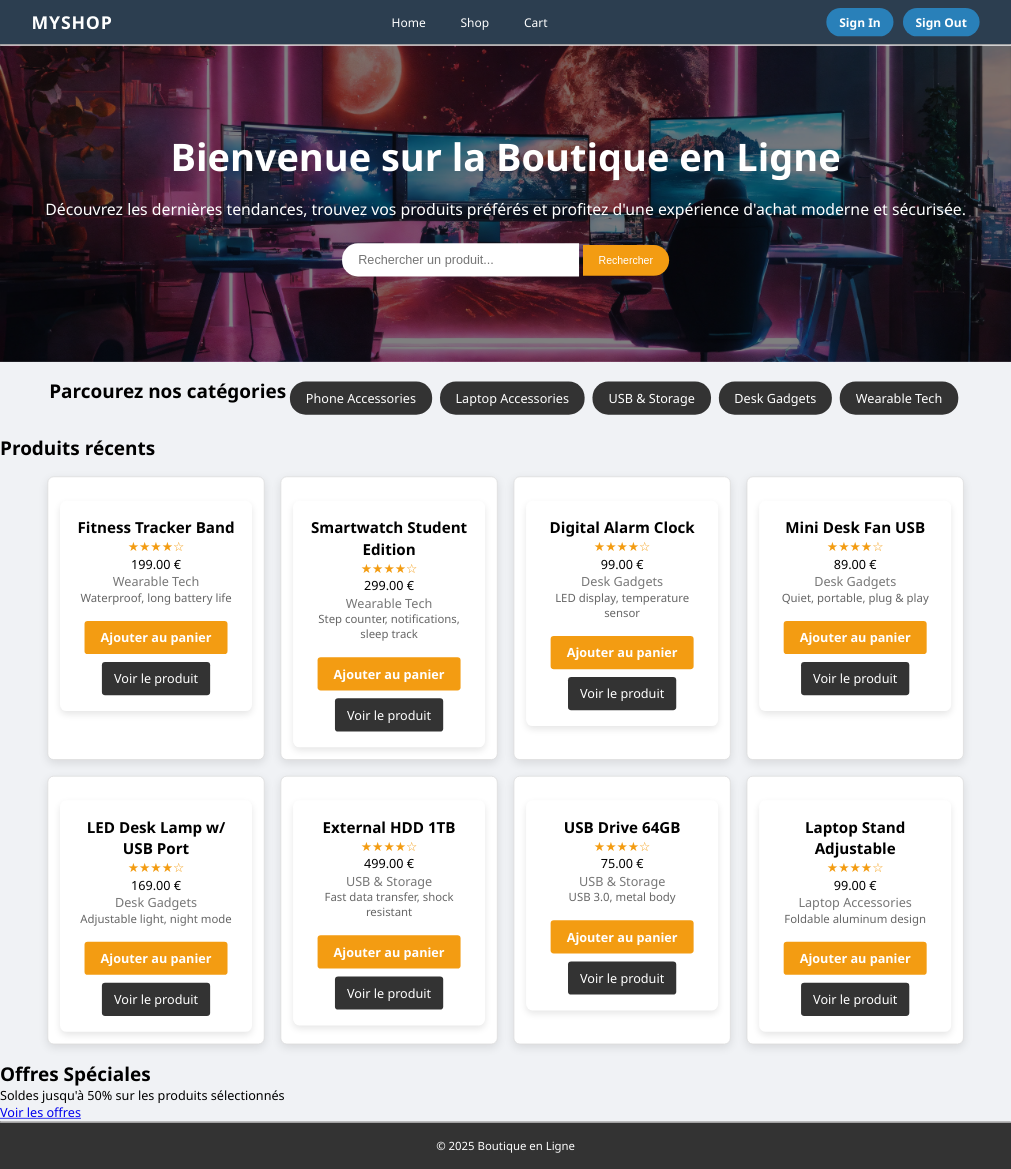
Repository: kiraj-walid/ecomerce
Page: http://localhost/
These files come from the project's save history. The page is drawn as it stood at one moment and after the next save; the edit follows.
The browser window is 1280 px wide. The pictures show the whole page, at 79% of full size.
The page is run by PHP 8.4 with error messages shown; the project is at /var/www/html/. The database holds what the project's SQL file puts in it. Queries for data that is not in the repository find no rows.

Above is the page before, as saved 2025-05-07 16:42:59.

After the next save:
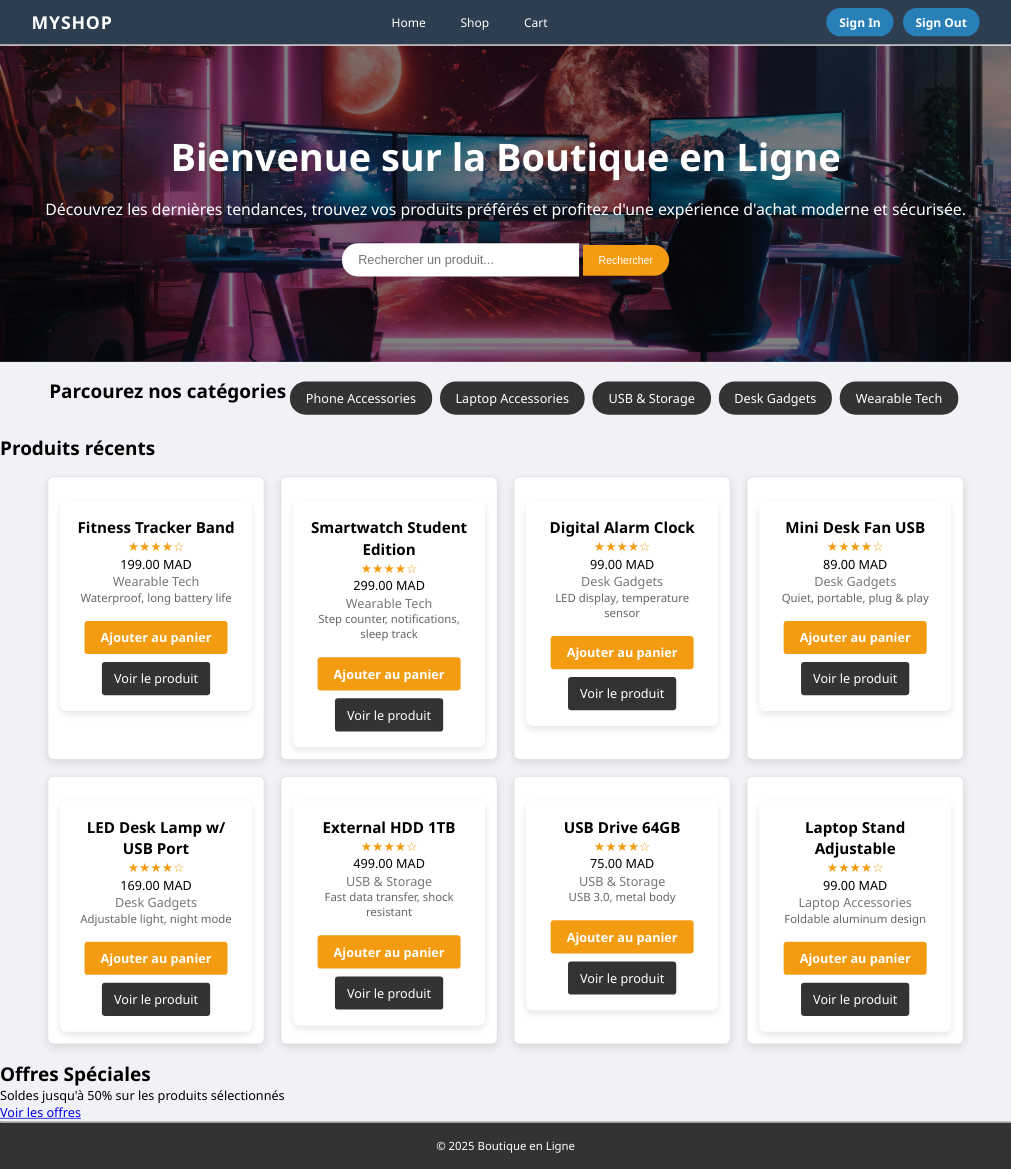
Saved 3 min 26 s later.
--- a/index.php
+++ b/index.php
@@ -58,7 +58,7 @@
                 <div class="product-info">
                     <strong><?= htmlspecialchars($prod['nom']) ?></strong><br>
                     <div class="product-rating">★★★★☆</div>
-                    <span><?= number_format($prod['prix'], 2) ?> €</span><br>
+                    <span><?= number_format($prod['prix'], 2) ?> MAD</span><br>
                     <span class="product-category"><?= htmlspecialchars($prod['categorie']) ?></span><br>
                     <div class="product-desc">
                         <?= htmlspecialchars(mb_strimwidth($prod['description'], 0, 80, '...')) ?>

After the save that followed:
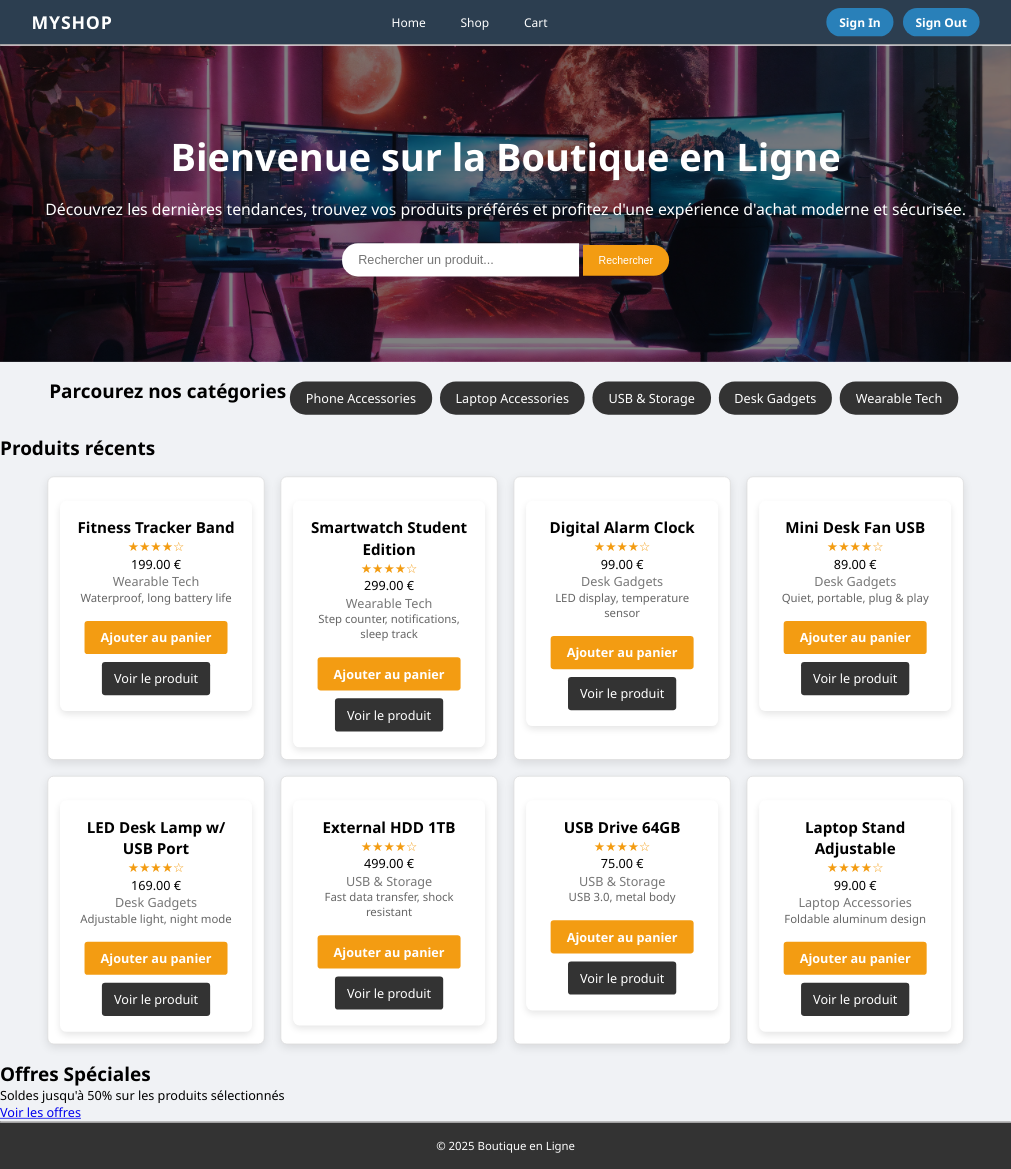
Saved 17 s later.
--- a/index.php
+++ b/index.php
@@ -58,7 +58,7 @@
                 <div class="product-info">
                     <strong><?= htmlspecialchars($prod['nom']) ?></strong><br>
                     <div class="product-rating">★★★★☆</div>
-                    <span><?= number_format($prod['prix'], 2) ?> MAD</span><br>
+                    <span><?= number_format($prod['prix'], 2) ?> €</span><br>
                     <span class="product-category"><?= htmlspecialchars($prod['categorie']) ?></span><br>
                     <div class="product-desc">
                         <?= htmlspecialchars(mb_strimwidth($prod['description'], 0, 80, '...')) ?>
